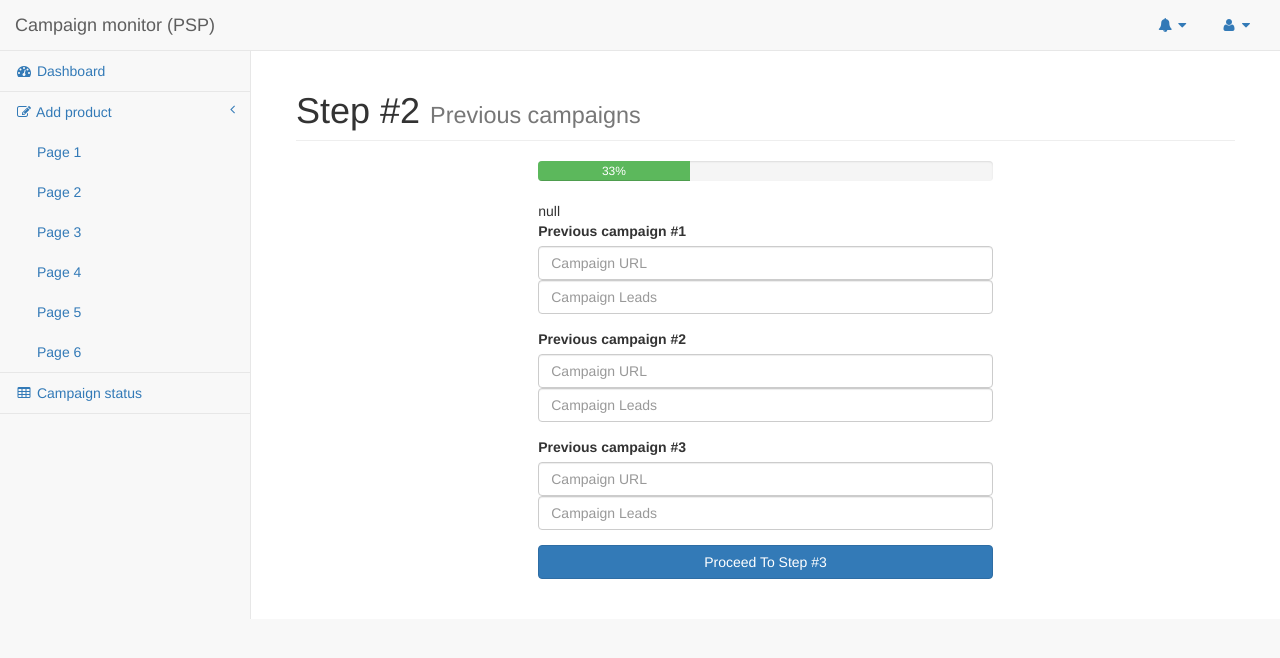
Repository: aneeshsingh/workspace
Page: http://localhost/analytics/Add_Product_Page_2.jsp
An editor plug-in stored every save of this project. The page is shown before and after the next save, followed by the edit.
The browser window is 1280 px wide. The pictures show the whole page.
The page is served by Tomcat 9.

Above is the page before, as saved 2016-03-07 21:08:00.
Console error (its wording comes from the project's code and is left out).

After the next save:
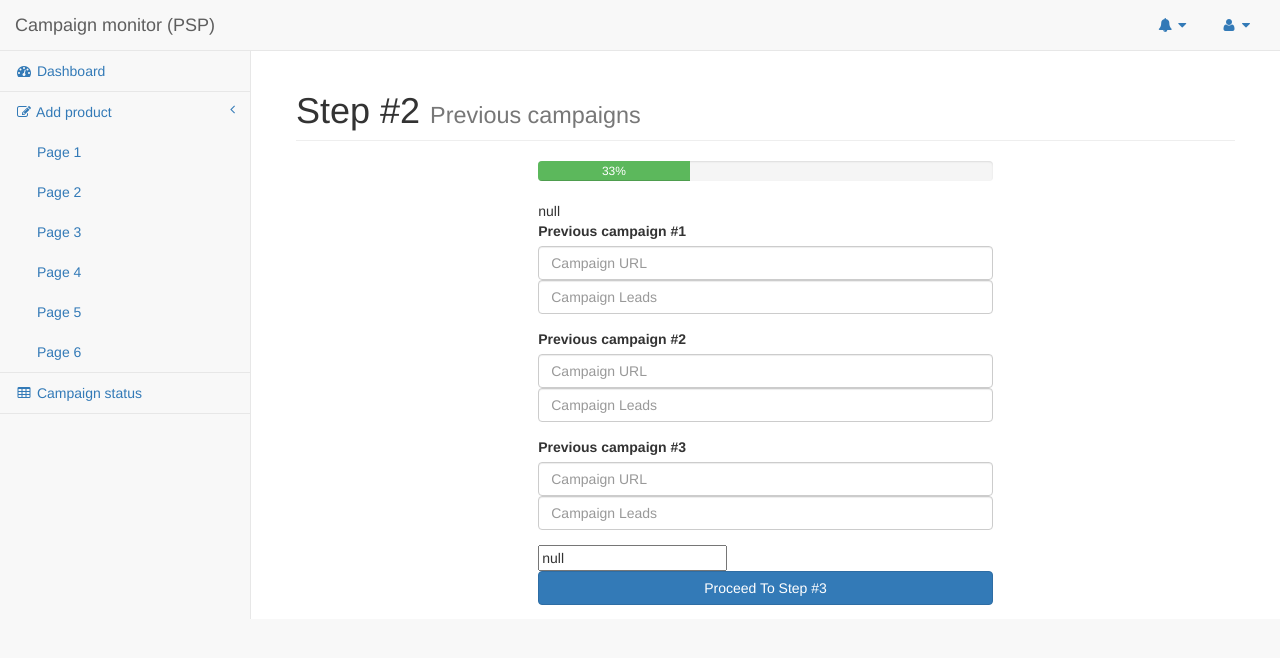
Saved 49 s later.
--- a/analytics/war/Add_Product_Page_2.jsp
+++ b/analytics/war/Add_Product_Page_2.jsp
@@ -152,7 +152,7 @@
 							<input type="text" class="form-control" name="previous_campaign_url_3" id="previous_campaign_url_3" placeholder="Campaign URL">
 							<input type="text" class="form-control" name="previous_campaign_url_leads_3" id="previous_campaign_url_leads_3" placeholder="Campaign Leads">
 						</div>
-						<input type="hidden" name="product_id" id="product_id" value="<%=request.getParameter("product_id")%>"/>
+						<input type="text" name="product_id" id="product_id" value="<%=request.getParameter("product_id")%>"/>
 						<button type="submit" class="btn btn-primary btn-block text-right">Proceed To Step #3</button>
 					</form>
 				</div>
